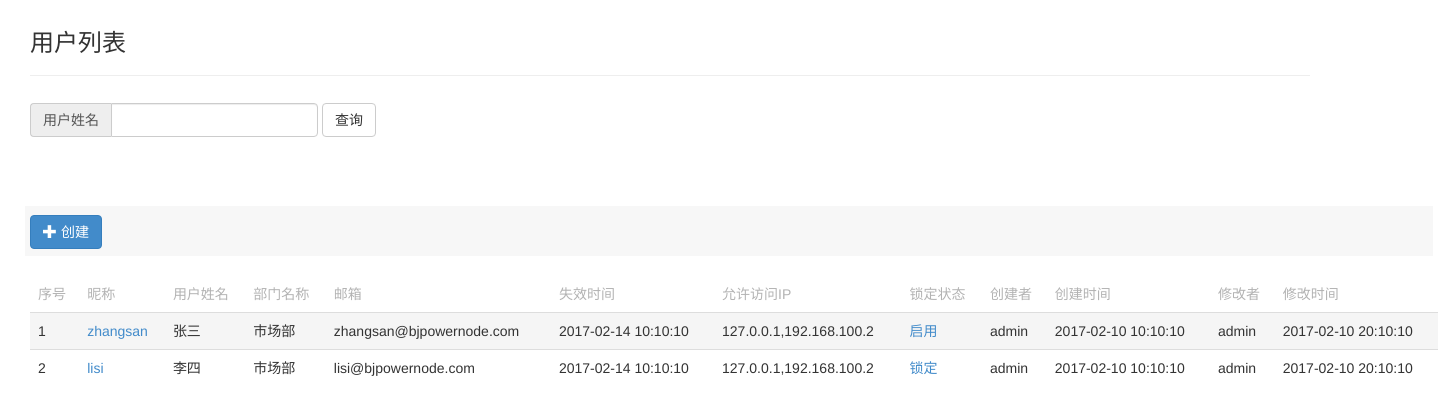
Repository: yangxshn/hsf
Page: hsf/user_consumer/src/main/webapp/index.html
The author's editor kept a copy of each file at every save. The page is drawn from the files as they stood at one save, then again after the next save.
The browser window is 1280 px wide. The page is 1438 px wide, so the pictures cover 1438 px, including what lies to the right of the window. The pictures show the whole page.

Above is the page before, as saved 2017-09-29 06:48:49.

After the next save:
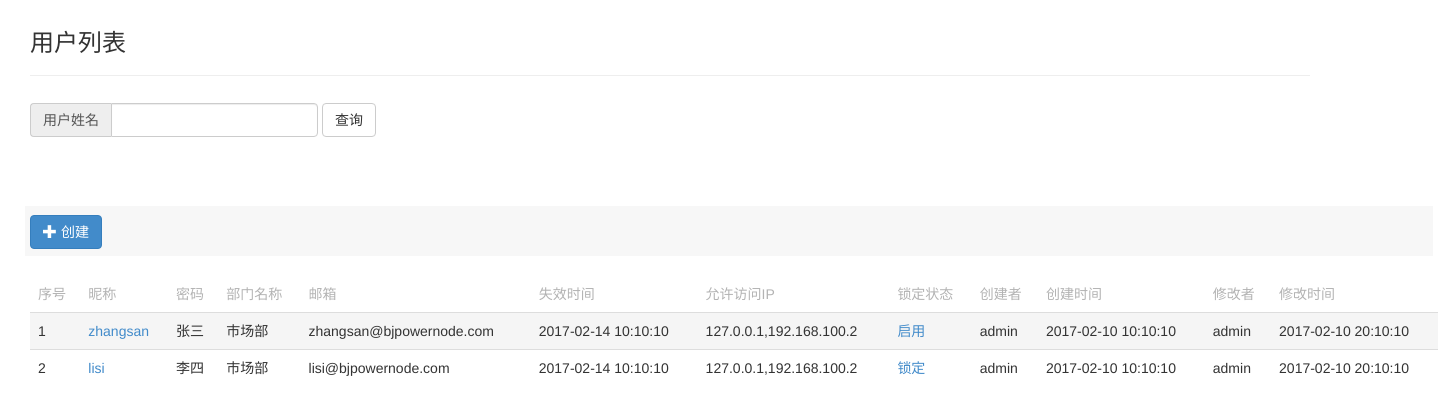
Saved 9 s later.
--- a/hsf/user_consumer/src/main/webapp/index.html
+++ b/hsf/user_consumer/src/main/webapp/index.html
@@ -120,7 +120,7 @@
 				<tr style="color: #B3B3B3;">
 					<td>序号</td>
 					<td>昵称</td>
-					<td>用户姓名</td>
+					<td>密码</td>
 					<td>部门名称</td>
 					<td>邮箱</td>
 					<td>失效时间</td>
